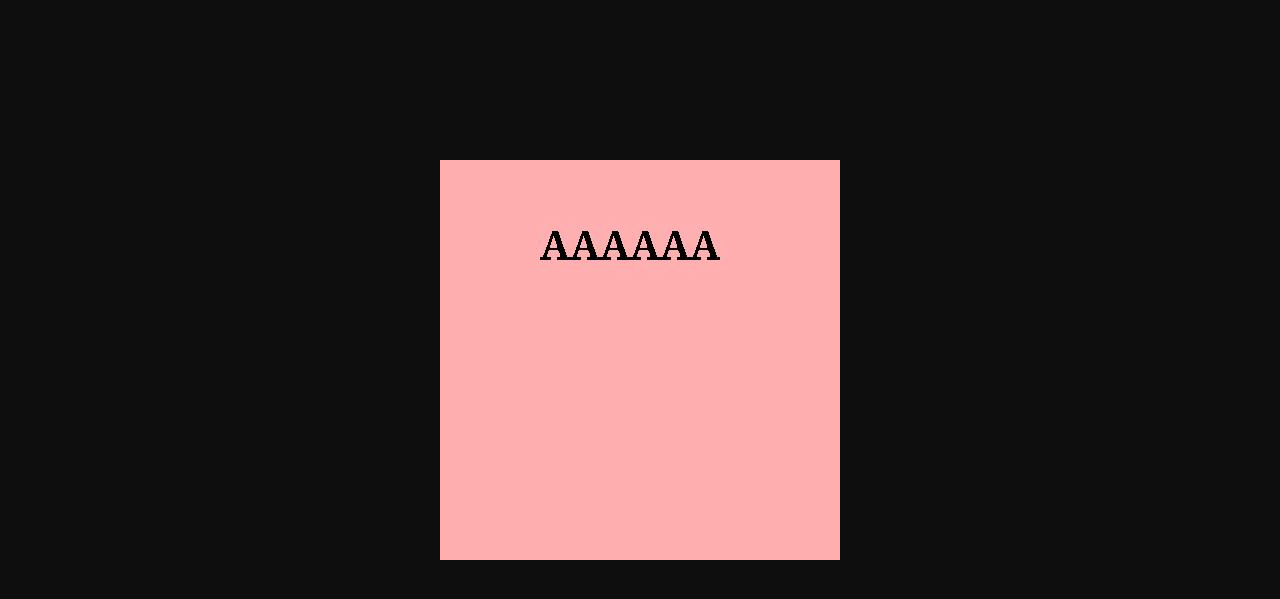
Repository: porivas/140630_Java
Page: http://localhost/web1/image
The author's editor kept a copy of each file at every save. The page is drawn from the files as they stood at one save, then again after the next save.
The browser window is 1280 px wide. The pictures show the whole page.
The page is served by Tomcat 9. Other server files are loaded and not shown.

Above is the page before, as saved 2014-09-22 22:26:27.

### web1/src/org/han/web/imageTest.java
package org.han.web;

import java.awt.Color;
import java.awt.Font;
import java.awt.Graphics;
import java.awt.image.BufferedImage;
import java.io.IOException;
import java.io.OutputStream;

import javax.imageio.ImageIO;
import javax.servlet.ServletConfig;
import javax.servlet.ServletException;
import javax.servlet.annotation.WebServlet;
import javax.servlet.http.HttpServlet;
import javax.servlet.http.HttpServletRequest;
import javax.servlet.http.HttpServletResponse;

/**
 * Servlet implementation class imageTest
 */
@WebServlet("/image")
public class imageTest extends HttpServlet {
	private static final long serialVersionUID = 1L;

    /**
     * @see HttpServlet#HttpServlet()
     */
    public imageTest() {
        super();
        // TODO Auto-generated constructor stub
    }

	@Override
	public void destroy() {
		// TODO Auto-generated method stub
		super.destroy();
		System.out.println("destroy........");

	}

	@Override
	public void init() throws ServletException {
		// TODO Auto-generated method stub
		super.init();
		System.out.println("init.........");

	}

	@Override
	public void init(ServletConfig config) throws ServletException {
		// TODO Auto-generated method stub
		super.init(config);
		System.out.println("init.........");

	}

	/**
	 * @see HttpServlet#doGet(HttpServletRequest request, HttpServletResponse response)
	 */
	protected void doGet(HttpServletRequest request, HttpServletResponse response) throws ServletException, IOException {
		// TODO Auto-generated method stub
		System.out.println("doGet.........");
		System.out.println("Hello Servlet " + this + " : " + Thread.currentThread().getName());
//		response.setContentType("text/html");
//		OutputStream out = response.getOutputStream();
//		out.write("<H1>Hello World</H1>".getBytes());
//		out.flush();
		OutputStream out = response.getOutputStream();
		response.setContentType("image/jpeg");
		BufferedImage image = new BufferedImage(400, 400, BufferedImage.TYPE_INT_RGB);
		Graphics g = image.getGraphics(); //붓
		g.setColor(Color.pink); // 색칠
		g.fillRect(0, 0, 400, 400); // 사각형을 채우면서 그림 이미지전체
		g.setColor(Color.black);
		g.setFont(new Font("Serif",Font.BOLD,40));
		g.drawString("AAAAAA", 100, 100); // 처음 실습 코드 가로 100 / 세로 100 크기 영역에 AAAAAA라는 문자열을 넣는 코드
		//g.drawString("" + (int)(Math.random()*10000), 100, 100);
		ImageIO.write(image, "JPG", out);
	}

	/**
	 * @see HttpServlet#doPost(HttpServletRequest request, HttpServletResponse response)
	 */
	protected void doPost(HttpServletRequest request, HttpServletResponse response) throws ServletException, IOException {
		// TODO Auto-generated method stub
	}

}

After the next save:
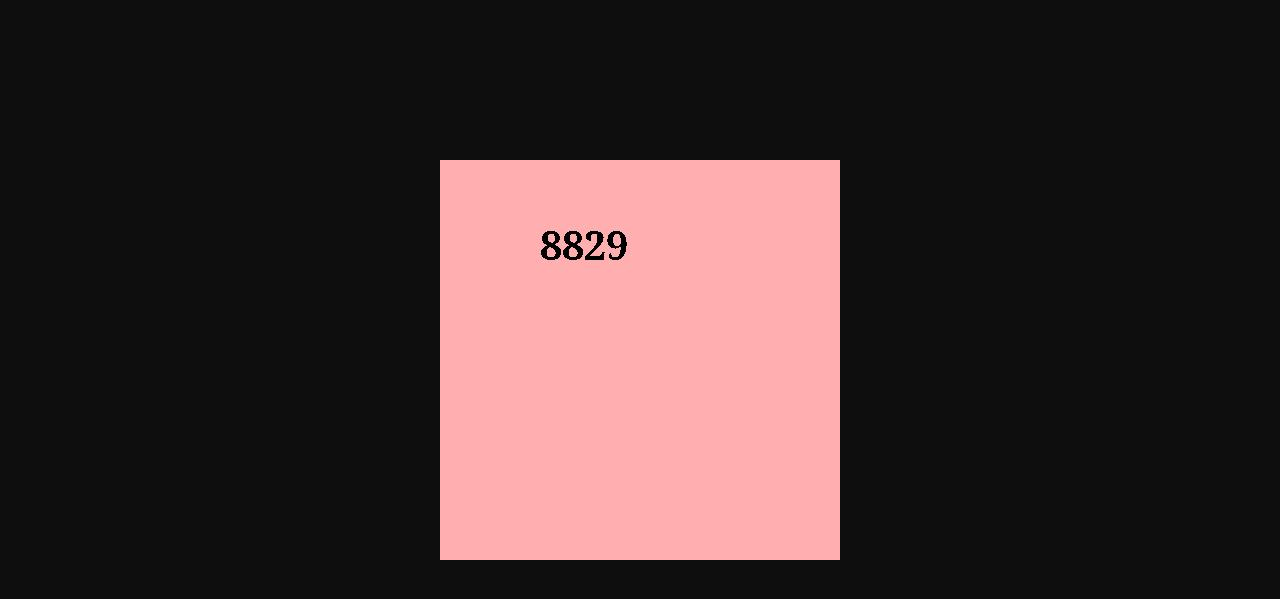
Saved 67 s later.
--- a/web1/src/org/han/web/imageTest.java
+++ b/web1/src/org/han/web/imageTest.java
@@ -73,7 +73,7 @@ public class imageTest extends HttpServlet {
 		g.fillRect(0, 0, 400, 400); // 사각형을 채우면서 그림 이미지전체
 		g.setColor(Color.black);
 		g.setFont(new Font("Serif",Font.BOLD,40));
-		g.drawString("AAAAAA", 100, 100); // 처음 실습 코드 가로 100 / 세로 100 크기 영역에 AAAAAA라는 문자열을 넣는 코드
+		g.drawString("8829", 100, 100); // 처음 실습 코드 가로 100 / 세로 100 크기 영역에 AAAAAA라는 문자열을 넣는 코드
 		//g.drawString("" + (int)(Math.random()*10000), 100, 100);
 		ImageIO.write(image, "JPG", out);
 	}
